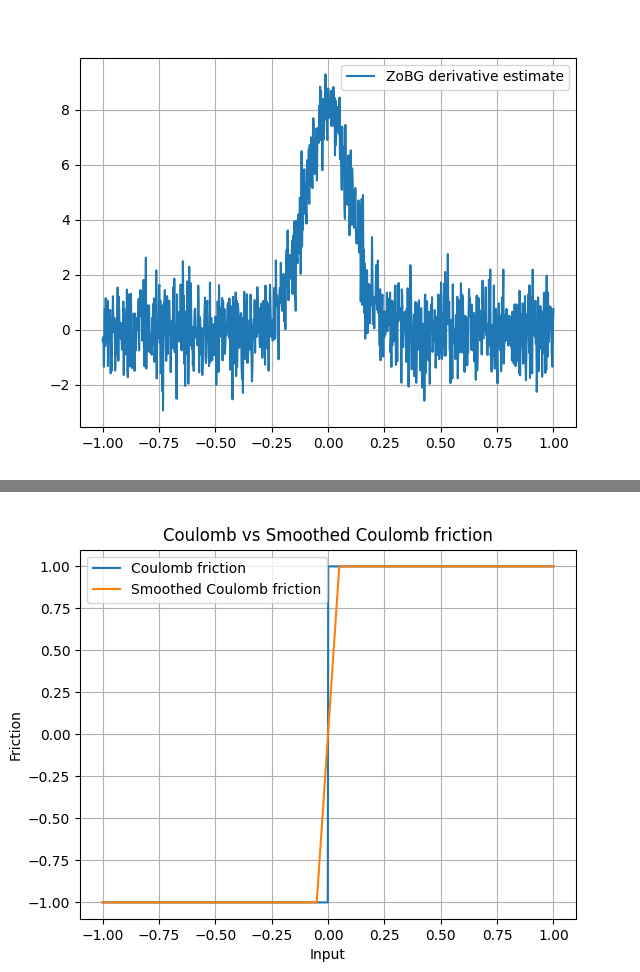
Repository: oomcth/Gradient-smoothing
Script's output: python test.py
An editor plug-in stored every save of this project. The script's output is shown before and after a run of saves, followed by the edit.
Each picture stacks the figures in order, with grey between them; figures that are only written to a file come last. Random numbers start from a fixed seed.

Above is the script's output before, as saved 2025-11-21 17:04:56.

After the next 2 saves:
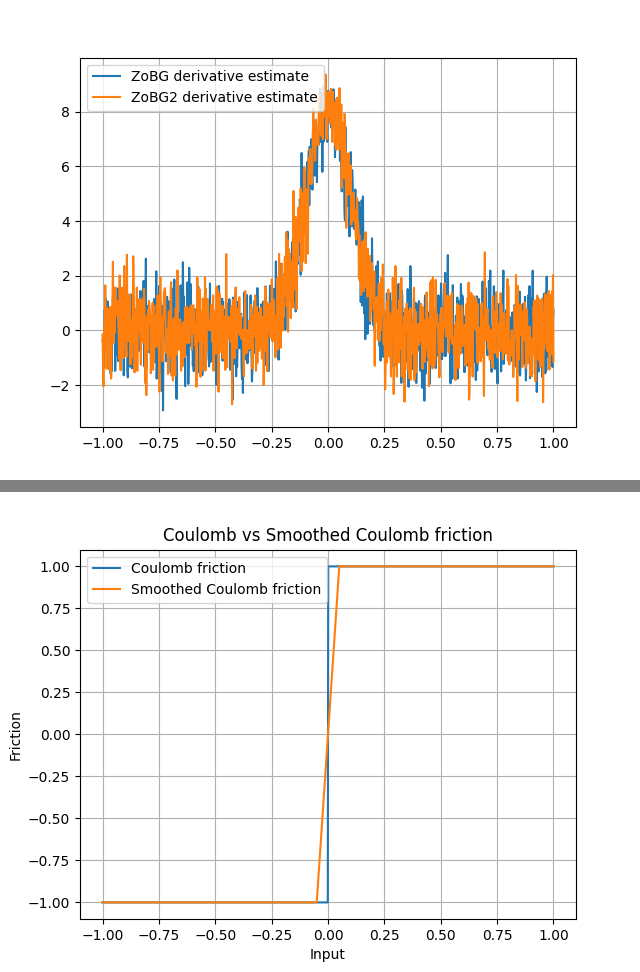
The 2 saves are shown as one change because 1 did not build or start.
The last was saved 34 s later.
--- a/test.py
+++ b/test.py
@@ -45,7 +45,16 @@ def zo_gradient(f, x, M=100):
 def visualize_coulomb_derivatives(t):
     x = np.linspace(-1, 1, 1000)
 
-    y = np.array(
+    y1 = np.array(
+        [
+            zo_gradient(
+                coulomb_friction,
+                l,
+            )
+            for l in x
+        ]
+    )
+    y2 = np.array(
         [
             zo_gradient(
                 coulomb_friction,
@@ -55,7 +64,8 @@ def visualize_coulomb_derivatives(t):
         ]
     )
 
-    plt.plot(x, y, label="ZoBG derivative estimate")
+    plt.plot(x, y1, label="ZoBG derivative estimate")
+    plt.plot(x, y2, label="ZoBG2 derivative estimate")
     plt.legend()
     plt.grid(True)
     plt.show()
